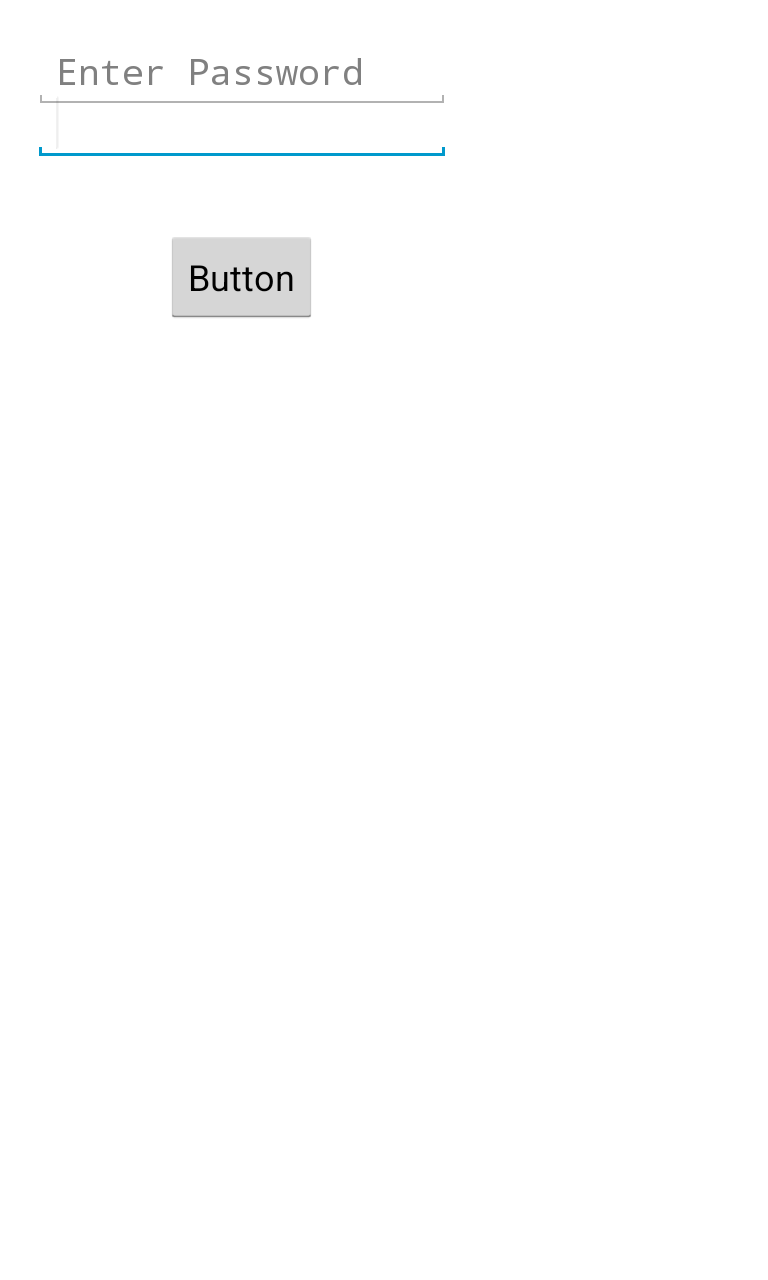
Repository: lethe13/AndroidProgramming
Layout: COMP304-Group1-MicroProject5/res/layout/activity_login.xml
These files come from the project's save history. The layout is drawn as it stood at one moment and after the next save; the edit follows.
It is drawn on a 768 x 1280 px phone screen (xhdpi) without system bars, with theme AppTheme; the app's code is not run.

Above is the layout before, as saved 2015-12-05 22:20:10.

After the next save:
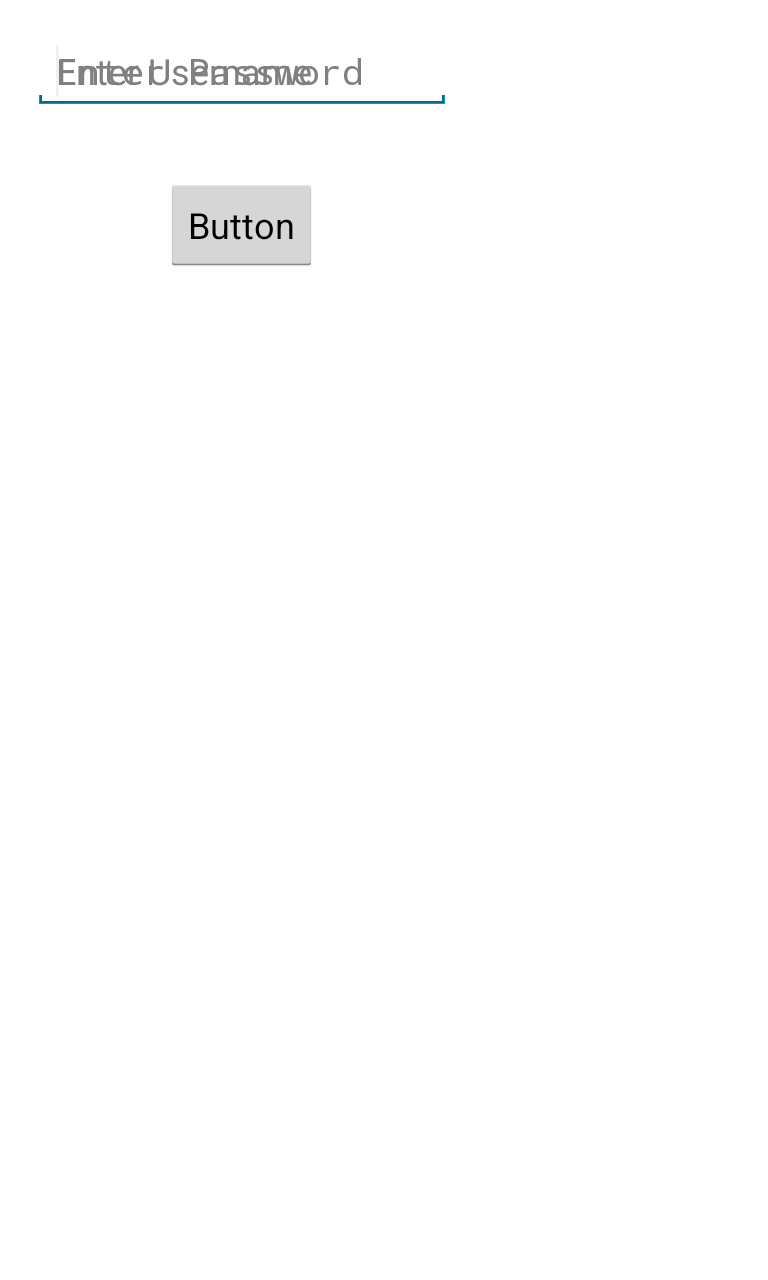
Saved 28 s later.
--- a/COMP304-Group1-MicroProject5/res/layout/activity_login.xml
+++ b/COMP304-Group1-MicroProject5/res/layout/activity_login.xml
@@ -12,11 +12,9 @@
         android:id="@+id/editText1"
         android:layout_width="wrap_content"
         android:layout_height="wrap_content"
-        android:layout_alignParentLeft="true"
-        android:layout_alignParentTop="true"
-        android:layout_marginTop="26dp"
         android:ems="10"
-        android:inputType="textPersonName" >
+        android:inputType="textPersonName"
+        android:hint="Enter Username" >
 
         <requestFocus />
     </EditText>
